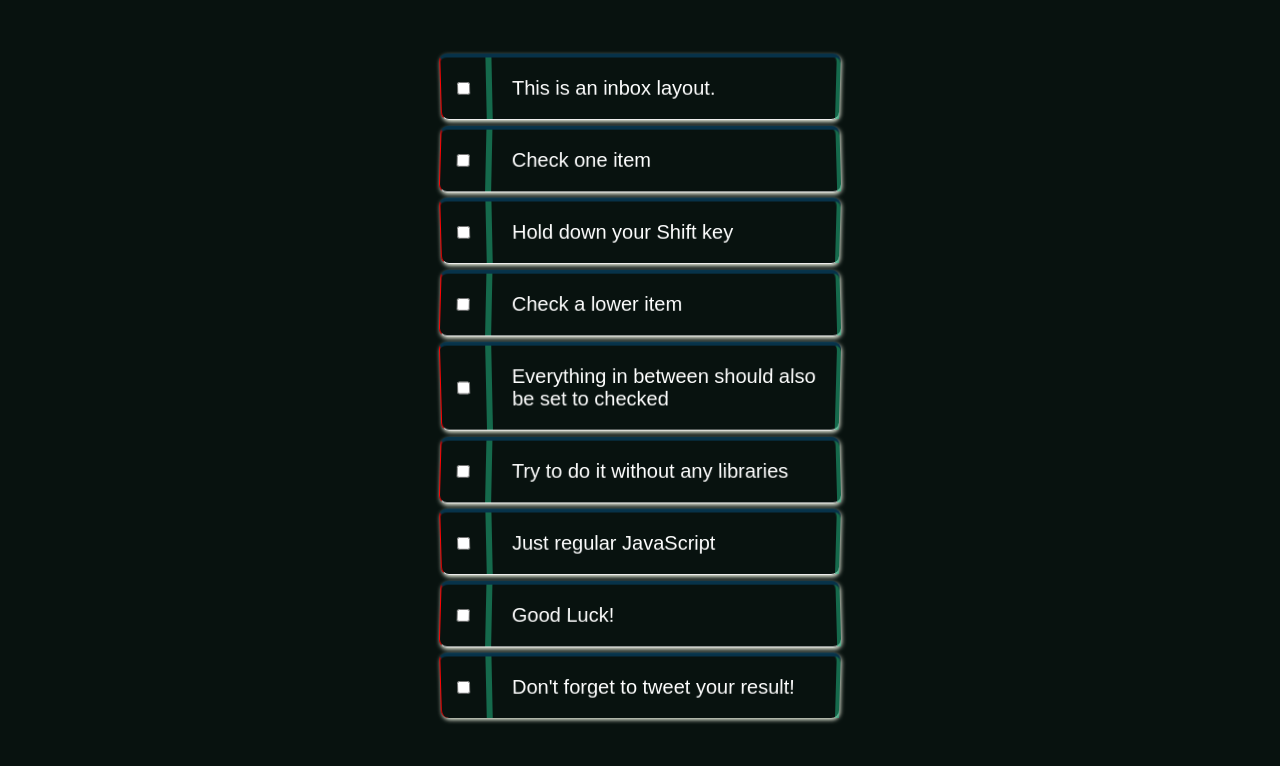
Repository: Freezler/Shift-Select-Checkboxes
Page: index.html
An editor plug-in stored every save of this project. The page is shown before and after the next save, followed by the edit.
The browser window is 1280 px wide. The pictures show the whole page.

Above is the page before, as saved 2024-09-07 22:51:10.

After the next save:
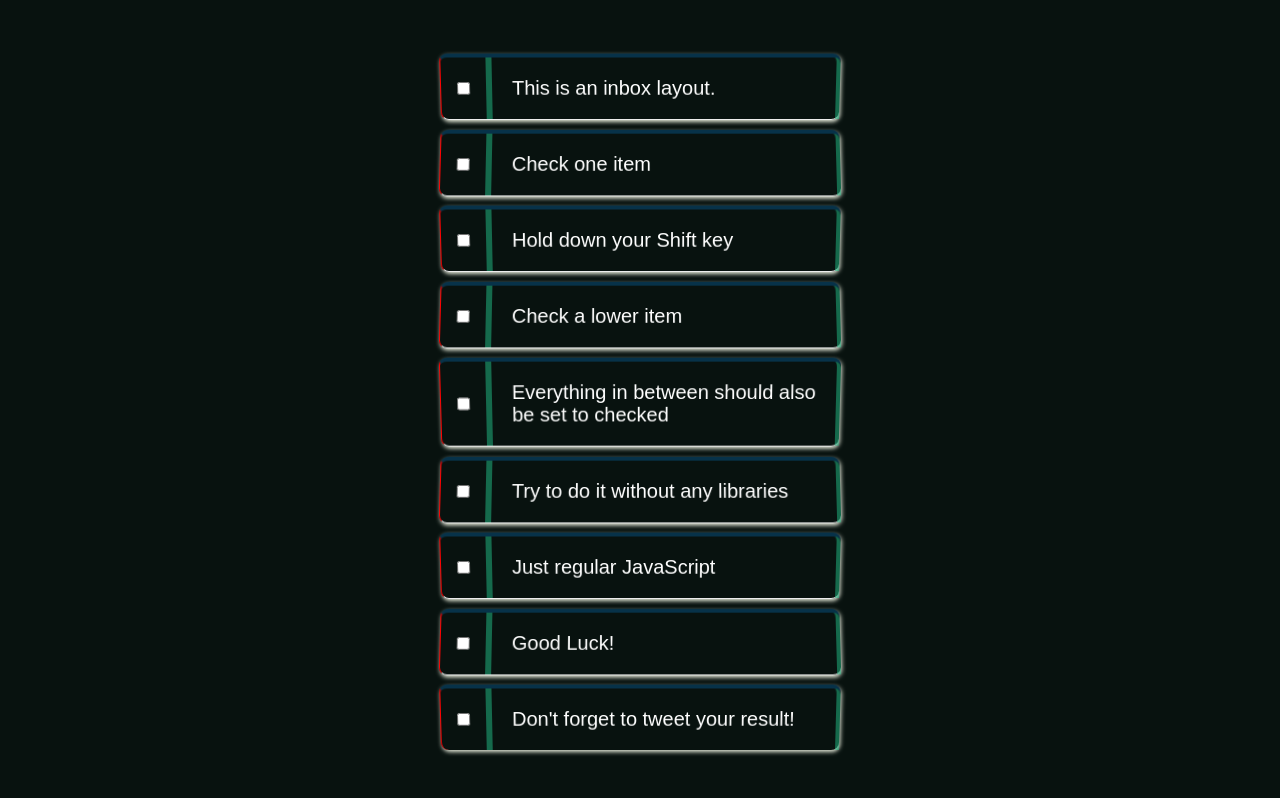
Saved 10 s later.
--- a/index.html
+++ b/index.html
@@ -21,7 +21,7 @@
     .inbox {
       max-width: 400px;
       margin: 50px auto;
-      gap: 4px;
+      gap: 8px;
       border-radius: 5px;
       display: flex;
       flex-direction: column;
